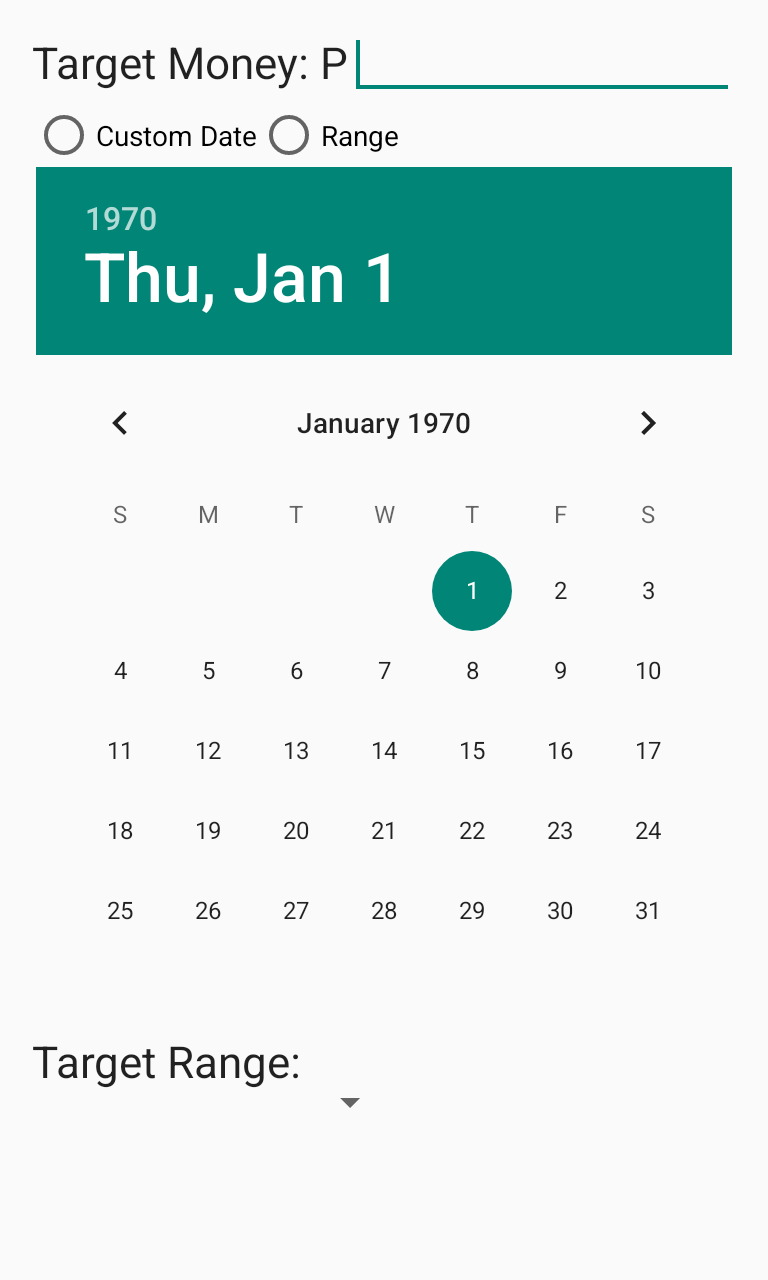
Repository: japheth-starita/SavingsApp
Layout: SavingsApp/res/layout/activity_preferences.xml
An editor plug-in stored every save of this project. The layout is shown before and after the next save, followed by the edit.
It is drawn on a 768 x 1280 px phone screen (xhdpi) without system bars, with theme AppTheme; the app's code is not run.

Above is the layout before, as saved 2016-01-30 09:04:41.

After the next save:
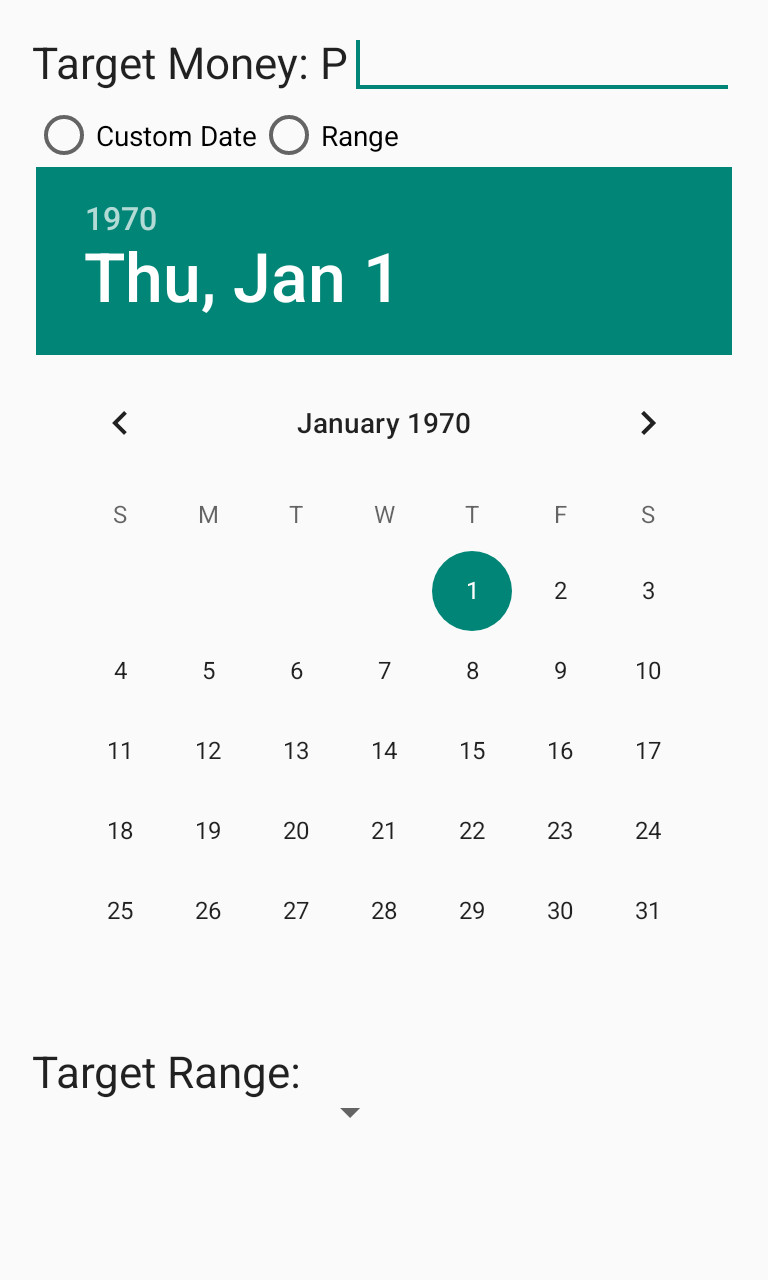
Saved 24 s later.
--- a/SavingsApp/res/layout/activity_preferences.xml
+++ b/SavingsApp/res/layout/activity_preferences.xml
@@ -52,6 +52,7 @@
         android:layout_centerHorizontal="true" />
 
     <TextView
+        android:layout_marginTop="5dp"
         android:id="@+id/lblTargetRange"
         android:layout_width="wrap_content"
         android:layout_height="wrap_content"
